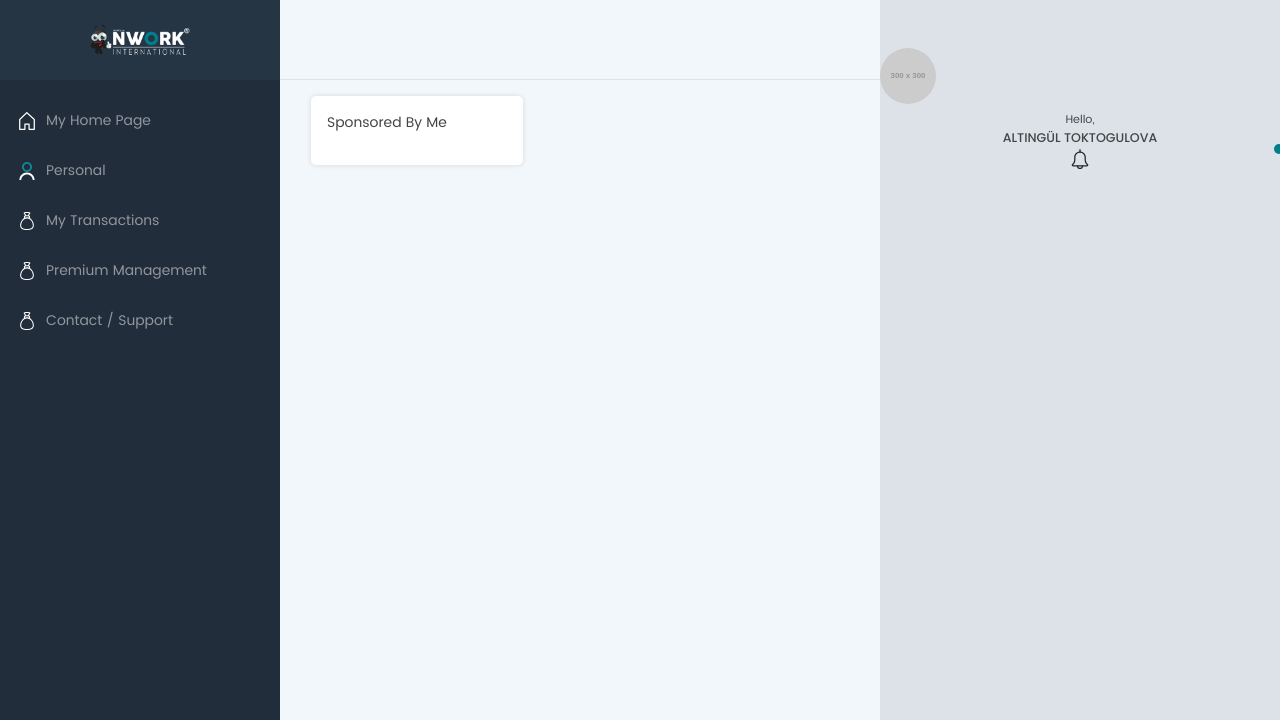
Repository: KayahanKahriman/nwork-admin
Page: index.html
The author's editor kept a copy of each file at every save. The page is drawn from the files as they stood at one save, then again after a run of saves.
The browser window is 1280 px wide. The pictures show the whole page.
Some web fonts or font styles are not loaded; a fallback is used. The style sheet was rebuilt from its Sass, Less or Tailwind sources for each picture, by a compiler version that may differ from the author's.

Above is the page before, as saved 2021-06-09 16:12:55.

### index.html
<!doctype html>
<html>

<head>
    <meta name="viewport" content="width=device-width, initial-scale=1, maximum-scale=1, user-scalable=no">
    <meta charset="utf-8" />
    <title>Başlık</title>
    <link rel="preconnect" href="https://fonts.gstatic.com">
    <link href="https://fonts.googleapis.com/css2?family=Poppins:wght@300;400;600;800&display=swap" rel="stylesheet">
    <link href="assets/css/style.css" type="text/css" rel="stylesheet" />
</head>

<body>
    <header class="d-flex align-items-center">
        <div id="header-left" class="text-center p-3 d-flex align-items-center justify-content-center">
            <a href="#">
                <img width="100" src="./assets/images/logo-white.png" alt="">
            </a>
        </div>
        <div id="header-right" class="p-3 d-flex align-items-center justify-content-end">

        </div>
    </header>
    <aside>
        <div id="accordion-menu">
            <div class="accordion-item mb-4">
                <div class="accordion-title">
                    <svg class="accordion-icon" viewBox="0 0 512 512">
                        <path d="M475.425,200.225L262.092,4.669c-6.951-6.359-17.641-6.204-24.397,0.35L36.213,200.574 c-3.449,3.348-5.399,7.953-5.399,12.758v280.889c0,9.819,7.958,17.778,17.778,17.778h148.148c9.819,0,17.778-7.959,17.778-17.778    v-130.37h82.963v130.37c0,9.819,7.958,17.778,17.778,17.778h148.148c9.819,0,17.778-7.953,17.778-17.778V213.333    C481.185,208.349,479.099,203.597,475.425,200.225z M445.629,476.444H333.037v-130.37c0-9.819-7.959-17.778-17.778-17.778H196.741    c-9.819,0-17.778,7.959-17.778,17.778v130.37H66.37V220.853L250.424,42.216l195.206,178.939V476.444z" style="fill: rgb(255, 255, 255);"></path>
                    </svg>
                    <a href="#">My Home Page</a>
                </div>
            </div>
            <div class="accordion-item mb-4">
                <div class="accordion-title">
                    <svg class="accordion-icon" viewBox="0 0 19.738 19.738">
                        <path fill="#ffffff" d="M18.18,19.738h-2c0-3.374-2.83-6.118-6.311-6.118s-6.31,2.745-6.31,6.118h-2   c0-4.478,3.729-8.118,8.311-8.118C14.451,11.62,18.18,15.26,18.18,19.738z"></path>
                        <path fill="#128794" d="M9.87,10.97c-3.023,0-5.484-2.462-5.484-5.485C4.385,2.461,6.846,0,9.87,0   c3.025,0,5.486,2.46,5.486,5.485S12.895,10.97,9.87,10.97z M9.87,2C7.948,2,6.385,3.563,6.385,5.485S7.948,8.97,9.87,8.97   c1.923,0,3.486-1.563,3.486-3.485S11.791,2,9.87,2z"></path>
                    </svg>
                    Personal
                </div>
                <ul class="accordion-ul list-unstyled mb-0">
                    <li><a href="#">Info Update and Acquittal Form</a></li>
                    <li><a href="#">My Current Movements</a></li>
                    <li><a href="#">My Bank Info</a></li>
                    <li><a href="#">Membership Info</a></li>
                    <li><a href="#">Change Password</a></li>
                </ul>
            </div>
            <div class="accordion-item mb-4">
                <div class="accordion-title">
                    <svg class="accordion-icon" viewBox="0 0 512 512">
                        <path d="M394.919,225.259c-17.828-21.933-38.208-39.407-60.58-51.973c3.664-4.335,6.555-9.418,8.422-15.083    c7.326-22.309-3.375-48.809-30.688-57.442l38.289-66.765c4.831-8.426,0.491-19.158-8.824-21.866C313.854,4.081,285.076,0,256,0    s-57.854,4.081-85.538,12.13c-9.326,2.711-13.649,13.45-8.824,21.866l38.289,66.766c-27.205,8.589-38.041,35.05-30.684,57.453    c1.861,5.65,4.751,10.73,8.426,15.067c-22.375,12.566-42.757,30.042-60.587,51.977C81.441,269.106,61,324.413,61,377    c0,109.091,87.047,135,195,135c108.029,0,195-25.953,195-135C451,324.413,430.559,269.106,394.919,225.259z M197.496,36.218    C216.633,32.087,236.238,30,256,30c19.762,0,39.367,2.087,58.504,6.218L281.471,93.82c-16.919-2.362-34.018-2.361-50.941,0.001    L197.496,36.218z M207.296,129.896c25.815-8.468,52.823-10.073,79.08-4.824c0.031,0.006,0.063,0.012,0.094,0.018    c6.12,1.228,12.199,2.826,18.213,4.799c7.861,2.591,12.157,11.094,9.58,18.941c-1.873,5.683-6.818,9.597-12.635,10.231    C286.672,154.378,271.417,152,256,152c-15.386,0-30.611,2.368-45.538,7.032c-5.907-0.608-10.864-4.55-12.721-10.188    C195.16,140.983,199.456,132.479,207.296,129.896z M256,482.2c-117.196,0-165-30.62-165-105.2    c0-45.142,18.453-94.793,49.36-132.818C172.955,204.083,214.023,182,256,182c46.206,0,86.621,26.482,115.64,62.182    C402.547,282.207,421,331.858,421,377C421,451.58,373.196,482.2,256,482.2z" style="fill: rgb(255, 255, 255);"></path>
                    </svg>
                    My Transactions
                </div>
                <ul class="accordion-ul list-unstyled mb-0">
                    <li><a href="#">My Cart</a></li>
                    <li><a href="#">Orders</a></li>
                    <li><a href="#">Invoices</a></li>
                    <li><a href="#">Credit Card Capture</a></li>
                    <li><a href="#">Payment Notification</a></li>
                </ul>
            </div>
            <div class="accordion-item mb-4">
                <div class="accordion-title">
                    <svg class="accordion-icon" viewBox="0 0 512 512">
                        <path d="M394.919,225.259c-17.828-21.933-38.208-39.407-60.58-51.973c3.664-4.335,6.555-9.418,8.422-15.083    c7.326-22.309-3.375-48.809-30.688-57.442l38.289-66.765c4.831-8.426,0.491-19.158-8.824-21.866C313.854,4.081,285.076,0,256,0    s-57.854,4.081-85.538,12.13c-9.326,2.711-13.649,13.45-8.824,21.866l38.289,66.766c-27.205,8.589-38.041,35.05-30.684,57.453    c1.861,5.65,4.751,10.73,8.426,15.067c-22.375,12.566-42.757,30.042-60.587,51.977C81.441,269.106,61,324.413,61,377    c0,109.091,87.047,135,195,135c108.029,0,195-25.953,195-135C451,324.413,430.559,269.106,394.919,225.259z M197.496,36.218    C216.633,32.087,236.238,30,256,30c19.762,0,39.367,2.087,58.504,6.218L281.471,93.82c-16.919-2.362-34.018-2.361-50.941,0.001    L197.496,36.218z M207.296,129.896c25.815-8.468,52.823-10.073,79.08-4.824c0.031,0.006,0.063,0.012,0.094,0.018    c6.12,1.228,12.199,2.826,18.213,4.799c7.861,2.591,12.157,11.094,9.58,18.941c-1.873,5.683-6.818,9.597-12.635,10.231    C286.672,154.378,271.417,152,256,152c-15.386,0-30.611,2.368-45.538,7.032c-5.907-0.608-10.864-4.55-12.721-10.188    C195.16,140.983,199.456,132.479,207.296,129.896z M256,482.2c-117.196,0-165-30.62-165-105.2    c0-45.142,18.453-94.793,49.36-132.818C172.955,204.083,214.023,182,256,182c46.206,0,86.621,26.482,115.64,62.182    C402.547,282.207,421,331.858,421,377C421,451.58,373.196,482.2,256,482.2z" style="fill: rgb(255, 255, 255);"></path>
                    </svg>
                    Premium Management
                </div>
                <ul class="accordion-ul list-unstyled mb-0">
                    <li><a href="#">My Orders</a></li>
                    <li><a href="#">My Premiums</a></li>
                    <li><a href="#">My Clients</a></li>
                    <li><a href="#">Binary Tree</a></li>
                    <li><a href="#">Reference Tree</a></li>
                    <li><a href="#">Binary Turnover Movements</a></li>
                    <li><a href="#">Premium Reference</a></li>
                </ul>
            </div>
            <div class="accordion-item mb-4">
                <div class="accordion-title">
                    <svg class="accordion-icon" viewBox="0 0 512 512">
                        <path d="M394.919,225.259c-17.828-21.933-38.208-39.407-60.58-51.973c3.664-4.335,6.555-9.418,8.422-15.083    c7.326-22.309-3.375-48.809-30.688-57.442l38.289-66.765c4.831-8.426,0.491-19.158-8.824-21.866C313.854,4.081,285.076,0,256,0    s-57.854,4.081-85.538,12.13c-9.326,2.711-13.649,13.45-8.824,21.866l38.289,66.766c-27.205,8.589-38.041,35.05-30.684,57.453    c1.861,5.65,4.751,10.73,8.426,15.067c-22.375,12.566-42.757,30.042-60.587,51.977C81.441,269.106,61,324.413,61,377    c0,109.091,87.047,135,195,135c108.029,0,195-25.953,195-135C451,324.413,430.559,269.106,394.919,225.259z M197.496,36.218    C216.633,32.087,236.238,30,256,30c19.762,0,39.367,2.087,58.504,6.218L281.471,93.82c-16.919-2.362-34.018-2.361-50.941,0.001    L197.496,36.218z M207.296,129.896c25.815-8.468,52.823-10.073,79.08-4.824c0.031,0.006,0.063,0.012,0.094,0.018    c6.12,1.228,12.199,2.826,18.213,4.799c7.861,2.591,12.157,11.094,9.58,18.941c-1.873,5.683-6.818,9.597-12.635,10.231    C286.672,154.378,271.417,152,256,152c-15.386,0-30.611,2.368-45.538,7.032c-5.907-0.608-10.864-4.55-12.721-10.188    C195.16,140.983,199.456,132.479,207.296,129.896z M256,482.2c-117.196,0-165-30.62-165-105.2    c0-45.142,18.453-94.793,49.36-132.818C172.955,204.083,214.023,182,256,182c46.206,0,86.621,26.482,115.64,62.182    C402.547,282.207,421,331.858,421,377C421,451.58,373.196,482.2,256,482.2z" style="fill: rgb(255, 255, 255);"></path>
                    </svg>
                    Contact / Support
                </div>
                <ul class="accordion-ul list-unstyled mb-0">
                    <li><a href="#">Documents</a></li>
                </ul>
            </div>
        </div>
    </aside>
    <main class="p-3">
        <div class="container-fluid">
            <div class="row">
                <div class="col-3">
                    <div class="white-box shadow-box p-3">
                        <p>Sponsored By Me</p>
                    </div>
                </div>
            </div>
        </div>
    </main>
    <section id="user-aside" class="text-center py-5">
        <div id="user-image">
            <img class="img-cover" src="//via.placeholder.com/300x300" alt="">
        </div>

        <div id="user" class="mt-2">
            <span>Hello,</span>
            <p class="mb-0">altıngül toktogulova</p>
        </div>

        <div id="icons">
            <div id="notification" class="has-notification">
                <a href="#">
                    <svg fill="#242424" width="20" height="20" viewBox="-43 0 512 512">
                        <path d="m213.332031 512c-44.117187 0-80-35.882812-80-80 0-8.832031 7.167969-16 16-16s16 7.167969 16 16c0 26.476562 21.527344 48 48 48 26.476563 0 48-21.523438 48-48 0-8.832031 7.167969-16 16-16s16 7.167969 16 16c0 44.117188-35.882812 80-80 80zm0 0"></path>
                        <path d="m389.332031 448h-352c-20.585937 0-37.332031-16.746094-37.332031-37.332031 0-10.925781 4.757812-21.269531 13.054688-28.375 32.449218-27.414063 50.945312-67.261719 50.945312-109.480469v-59.480469c0-82.34375 66.988281-149.332031 149.332031-149.332031 82.347657 0 149.335938 66.988281 149.335938 149.332031v59.480469c0 42.21875 18.496093 82.066406 50.730469 109.332031 8.511718 7.253907 13.269531 17.597657 13.269531 28.523438 0 20.585937-16.746094 37.332031-37.335938 37.332031zm-176-352c-64.703125 0-117.332031 52.628906-117.332031 117.332031v59.480469c0 51.644531-22.632812 100.414062-62.078125 133.757812-.75.640626-1.921875 1.964844-1.921875 4.097657 0 2.898437 2.433594 5.332031 5.332031 5.332031h352c2.902344 0 5.335938-2.433594 5.335938-5.332031 0-2.132813-1.175781-3.457031-1.878907-4.054688-39.488281-33.386719-62.121093-82.15625-62.121093-133.800781v-59.480469c0-64.703125-52.628907-117.332031-117.335938-117.332031zm0 0"></path>
                        <path d="m213.332031 96c-8.832031 0-16-7.167969-16-16v-64c0-8.832031 7.167969-16 16-16s16 7.167969 16 16v64c0 8.832031-7.167969 16-16 16zm0 0"></path>
                    </svg>
                    <i></i>
                </a>
            </div>
        </div>
    </section>
    <script type="text/javascript" src="assets/js/index.js"></script>
    <script type="text/javascript" src="assets/js/accordion.js"></script>
</body>

</html>

### assets/scss/style.scss
@import "main";

main {
  margin-left: var(--aside-width);
}

.white-box {
  background: white;
  border-radius: 5px;
  position: relative;
}

.shadow-box {
  box-shadow: 0 0 5px #00000020;
}

.box-title {
  font-weight: normal;
}

/*------------------------------------*\
    RESPONSIVE
\*------------------------------------*/

@media only screen and (min-width: 320px) {
}

@media only screen and (min-width: 480px) {
}

@media only screen and (min-width: 768px) {
}

@media only screen and (min-width: 1024px) {
}

@media only screen and (min-width: 1140px) {
}

@media only screen and (min-width: 1280px) {
}

@media only screen and (-webkit-min-device-pixel-ratio: 1.5),
  only screen and (min-resolution: 144dpi) {
}

### assets/scss/flex-grid/_flexgrid.scss
@import "functions";
@import "variables";
@import "mixins";
@import "reboot";
@import "utilities";
@import "grid";

### assets/scss/flex-grid/_mixins.scss
// Toggles
//
// Used in conjunction with global variables to enable certain theme features.

// Vendor
@import "vendor/rfs";


// Utilities
@import "mixins/breakpoints";
@import "mixins/image";
@import "mixins/hover";
@import "mixins/deprecate";
@import "mixins/text-hide";
@import "mixins/text-truncate";
@import "mixins/text-emphasis";
@import "mixins/size";


// // Layout
@import "mixins/clearfix";
@import "mixins/grid-framework";
@import "mixins/grid";
@import "mixins/float";

### assets/scss/flex-grid/mixins/_image.scss
// Image Mixins
// - Responsive image
// - Retina image


// Responsive image
//
// Keep images from scaling beyond the width of their parents.

@mixin img-fluid {
  // Part 1: Set a maximum relative to the parent
  max-width: 100%;
  // Part 2: Override the height to auto, otherwise images will be stretched
  // when setting a width and height attribute on the img element.
  height: auto;
}


// Retina image
//
// Short retina mixin for setting background-image and -size.

@mixin img-retina($file-1x, $file-2x, $width-1x, $height-1x) {
  background-image: url($file-1x);

  // Autoprefixer takes care of adding -webkit-min-device-pixel-ratio and -o-min-device-pixel-ratio,
  // but doesn't convert dppx=>dpi.
  // There's no such thing as unprefixed min-device-pixel-ratio since it's nonstandard.
  // Compatibility info: https://caniuse.com/#feat=css-media-resolution
  @media only screen and (min-resolution: 192dpi), // IE9-11 don't support dppx
    only screen and (min-resolution: 2dppx) { // Standardized
    background-image: url($file-2x);
    background-size: $width-1x $height-1x;
  }
  @include deprecate("`img-retina()`", "v4.3.0", "v5");
}

### assets/scss/flex-grid/mixins/_hover.scss
// Hover mixin and `$enable-hover-media-query` are deprecated.
//
// Originally added during our alphas and maintained during betas, this mixin was
// designed to prevent `:hover` stickiness on iOS-an issue where hover styles
// would persist after initial touch.
//
// For backward compatibility, we've kept these mixins and updated them to
// always return their regular pseudo-classes instead of a shimmed media query.
//
// Issue: https://github.com/twbs/bootstrap/issues/25195

@mixin hover {
  &:hover { @content; }
}

@mixin hover-focus {
  &:hover,
  &:focus {
    @content;
  }
}

@mixin plain-hover-focus {
  &,
  &:hover,
  &:focus {
    @content;
  }
}

@mixin hover-focus-active {
  &:hover,
  &:focus,
  &:active {
    @content;
  }
}

### assets/scss/flex-grid/mixins/_grid-framework.scss
// Framework grid generation
//
// Used only by Bootstrap to generate the correct number of grid classes given
// any value of `$grid-columns`.

@mixin make-grid-columns($columns: $grid-columns, $gutter: $grid-gutter-width, $breakpoints: $grid-breakpoints) {
  // Common properties for all breakpoints
  %grid-column {
    position: relative;
    width: 100%;
    padding-right: $gutter / 2;
    padding-left: $gutter / 2;
  }

  @each $breakpoint in map-keys($breakpoints) {
    $infix: breakpoint-infix($breakpoint, $breakpoints);

    // Allow columns to stretch full width below their breakpoints
    @for $i from 1 through $columns {
      .col#{$infix}-#{$i} {
        @extend %grid-column;
      }
    }
    .col#{$infix},
    .col#{$infix}-auto {
      @extend %grid-column;
    }

    @include media-breakpoint-up($breakpoint, $breakpoints) {
      // Provide basic `.col-{bp}` classes for equal-width flexbox columns
      .col#{$infix} {
        flex-basis: 0;
        flex-grow: 1;
        max-width: 100%;
      }
      .col#{$infix}-auto {
        flex: 0 0 auto;
        width: auto;
        max-width: 100%; // Reset earlier grid tiers
      }

      @for $i from 1 through $columns {
        .col#{$infix}-#{$i} {
          @include make-col($i, $columns);
        }
      }

      .order#{$infix}-first { order: -1; }

      .order#{$infix}-last { order: $columns + 1; }

      @for $i from 0 through $columns {
        .order#{$infix}-#{$i} { order: $i; }
      }

      // `$columns - 1` because offsetting by the width of an entire row isn't possible
      @for $i from 0 through ($columns - 1) {
        @if not ($infix == "" and $i == 0) { // Avoid emitting useless .offset-0
          .offset#{$infix}-#{$i} {
            @include make-col-offset($i, $columns);
          }
        }
      }
    }
  }
}

### assets/scss/flex-grid/mixins/_grid.scss
/// Grid system
//
// Generate semantic grid columns with these mixins.

@mixin make-container($gutter: $grid-gutter-width) {
  width: 100%;
  padding-right: $gutter / 2;
  padding-left: $gutter / 2;
  margin-right: auto;
  margin-left: auto;
}


// For each breakpoint, define the maximum width of the container in a media query
@mixin make-container-max-widths($max-widths: $container-max-widths, $breakpoints: $grid-breakpoints) {
  @each $breakpoint, $container-max-width in $max-widths {
    @include media-breakpoint-up($breakpoint, $breakpoints) {
      max-width: $container-max-width;
    }
  }
}

@mixin make-row($gutter: $grid-gutter-width) {
  display: flex;
  flex-wrap: wrap;
  margin-right: -$gutter / 2;
  margin-left: -$gutter / 2;
}

@mixin make-col-ready($gutter: $grid-gutter-width) {
  position: relative;
  // Prevent columns from becoming too narrow when at smaller grid tiers by
  // always setting `width: 100%;`. This works because we use `flex` values
  // later on to override this initial width.
  width: 100%;
  padding-right: $gutter / 2;
  padding-left: $gutter / 2;
}

@mixin make-col($size, $columns: $grid-columns) {
  flex: 0 0 percentage($size / $columns);
  // Add a `max-width` to ensure content within each column does not blow out
  // the width of the column. Applies to IE10+ and Firefox. Chrome and Safari
  // do not appear to require this.
  max-width: percentage($size / $columns);
}

@mixin make-col-offset($size, $columns: $grid-columns) {
  $num: $size / $columns;
  margin-left: if($num == 0, 0, percentage($num));
}

### assets/scss/flex-grid/_utilities.scss
@import "utilities/align";
@import "utilities/clearfix";
@import "utilities/display";
@import "utilities/flex";
@import "utilities/float";
@import "utilities/position";
@import "utilities/text";
@import "utilities/spacing";
@import "utilities/sizing";

### assets/scss/flex-grid/_grid.scss
// Container widths
//
// Set the container width, and override it for fixed navbars in media queries.

@if $enable-grid-classes {
  .container {
    @include make-container();
    @include make-container-max-widths();
  }
}

// Fluid container
//
// Utilizes the mixin meant for fixed width containers, but with 100% width for
// fluid, full width layouts.

@if $enable-grid-classes {
  .container-fluid {
    @include make-container();
  }
}

// Row
//
// Rows contain and clear the floats of your columns.

@if $enable-grid-classes {
  .row {
    @include make-row();
  }

  // Remove the negative margin from default .row, then the horizontal padding
  // from all immediate children columns (to prevent runaway style inheritance).
  .no-gutters {
    margin-right: 0;
    margin-left: 0;

    > .col,
    > [class*="col-"] {
      padding-right: 0;
      padding-left: 0;
    }
  }
}

// Columns
//
// Common styles for small and large grid columns

@if $enable-grid-classes {
  @include make-grid-columns();
}

### assets/scss/_vars.scss
$primary-color: #079ca5;
$text-color: #0d0a46;
$link-color: #0d0a46;
$bg: #f7f8fc;
$poppins-light: "Poppins-Light";
$poppins-regular: "Poppins-Regular";
$poppins-medium: "Poppins-Medium";
$poppins-bold: "Poppins-Bold";
$default-font: $poppins-regular;

### assets/scss/_colors.scss
:root {
  --primary-color: #017e8c;
  --dark-blue: #222d3b;
  --border-color: #00000015;
  --light-gray: #f9f9f9;
  --light-blue: #b4c0cd;
  --logo-bg: #263544;
  --bg-color: #f2f7fb;
  --darker-bg-color: #dce2e7;
  --text-color: #444444;
}

### assets/scss/_img.scss
@mixin img($size, $alignment) {
  width: 100%;
  height: 100%;
  object-fit: $size;
  object-position: $alignment;
}

.img-cover {
  @include img(cover, center center);
}

.img-contain {
  @include img(contain, center center);
}

### assets/scss/_sizes.scss
:root {
  --header-height: 80px;
  --aside-width: 280px;
  --user-aside-width: 400px;
  --main-width: calc((100% - var(--aside-width)) - var(--user-aside-width));
}

### assets/scss/_header.scss
header {
  height: var(--header-height);
  #header-left {
    width: var(--aside-width);
    background: var(--logo-bg);
    height: 100%;
  }
  #header-right {
    width: var(--main-width);
    border-bottom: 1px solid var(--border-color);
    height: 100%;
  }
}

### assets/scss/_aside.scss
aside {
  width: var(--aside-width);
  height: 100vh;
  background: var(--dark-blue);
  position: fixed;
}

### assets/scss/_user-aside.scss
#user-aside {
  width: var(--user-aside-width);
  position: fixed;
  top: 0;
  right: 0;
  background: var(--darker-bg-color);
  height: 100vw;
}

#user-image {
  border-radius: 50%;
  width: 4em;
  height: 4em;
  overflow: hidden;
}

#user {
  span {
    font-style: normal;
    display: block;
    font-size: 0.8em;
  }
  p {
    font-size: 0.9em;
    font-family: $poppins-medium;
    text-transform: uppercase;
  }
}
.has-notification {
  position: relative;
  i {
    background: var(--primary-color);
    width: 10px;
    height: 10px;
    border-radius: 50%;
    position: absolute;
    top: -4px;
    right: -4px;
  }
}

### assets/scss/_accordion-menu.scss
#accordion-menu {
  padding: 30px 0;
}

.accordion-item {
  padding: 0 15px;
  border-left: 3px solid transparent;
  transition: all 0.3s ease-in-out;
  max-height: 30px;
  overflow: hidden;
}

.accordion-active-item {
  border-color: var(--primary-color);
  transition: all 0.3s ease-in-out;
  max-height: 1000px;
}

.accordion-icon {
  width: 18px;
  height: 18px;
}

.accordion-title {
  display: flex;
  align-items: center;
  column-gap: 10px;
  margin-bottom: 5px;
  cursor: pointer;
  color: #ffffff80;
  transition: all 0.2s ease-in-out;

  &:hover {
    color: #ffffff;
    a {
      color: #ffffff;
    }
  }

  a {
    color: #ffffff80;
    transition: all 0.2s ease-in-out;
  }

  &.accordion-active {
    color: white;
  }
}

.accordion-ul {
  overflow: hidden;
  padding-left: 25px;
  transition: all 0.3s ease-in-out;
  max-height: 0;
  transform: scaleY(0);
  transform-origin: top left;
  li {
    a {
      background-image: url("data:[embedded picture, 478 characters]");
      background-repeat: no-repeat;
      background-size: 10px 10px;
      background-position: 0 11px;
      display: block;
      padding: 8px 0 8px 15px;
      font-size: 0.9em;
      color: #ffffff80;
      transition: all 0.2s ease-in-out;

      &:hover {
        color: white;
      }
    }
  }
}

.accordion-toggle {
  max-height: 100%;
  transition: all 0.3s ease-in-out;
  transform: scaleY(1);
}

Loaded but not shown: assets/scss/flex-grid/vendor/_rfs.scss (common file); assets/scss/flex-grid/mixins/_deprecate.scss (common file); assets/scss/flex-grid/mixins/_text-hide.scss (common file); assets/scss/flex-grid/mixins/_text-truncate.scss (common file); assets/scss/flex-grid/mixins/_text-emphasis.scss (common file); assets/scss/flex-grid/mixins/_size.scss (common file); assets/scss/flex-grid/mixins/_clearfix.scss (common file); assets/scss/flex-grid/mixins/_float.scss (common file); assets/scss/flex-grid/utilities/_align.scss (common file); assets/scss/flex-grid/utilities/_clearfix.scss (common file); assets/scss/flex-grid/utilities/_display.scss (common file); assets/scss/flex-grid/utilities/_float.scss (common file); assets/scss/flex-grid/utilities/_position.scss (common file); assets/scss/flex-grid/utilities/_sizing.scss (common file); assets/js/accordion.js (20 lines, source omitted); assets/scss/flex-grid/_variables.scss (1123 lines, source omitted); assets/scss/flex-grid/_reboot.scss (483 lines, source omitted); assets/scss/flex-grid/mixins/_breakpoints.scss (123 lines, source omitted); assets/scss/flex-grid/utilities/_flex.scss (51 lines, source omitted); assets/scss/flex-grid/_functions.scss (86 lines, source omitted); assets/scss/flex-grid/utilities/_spacing.scss (73 lines, source omitted); assets/scss/flex-grid/utilities/_text.scss (72 lines, source omitted); assets/scss/_main.scss (112 lines, source omitted); assets/js/index.js (no copy from this time; the picture is the same without it)

After the next 2 saves:
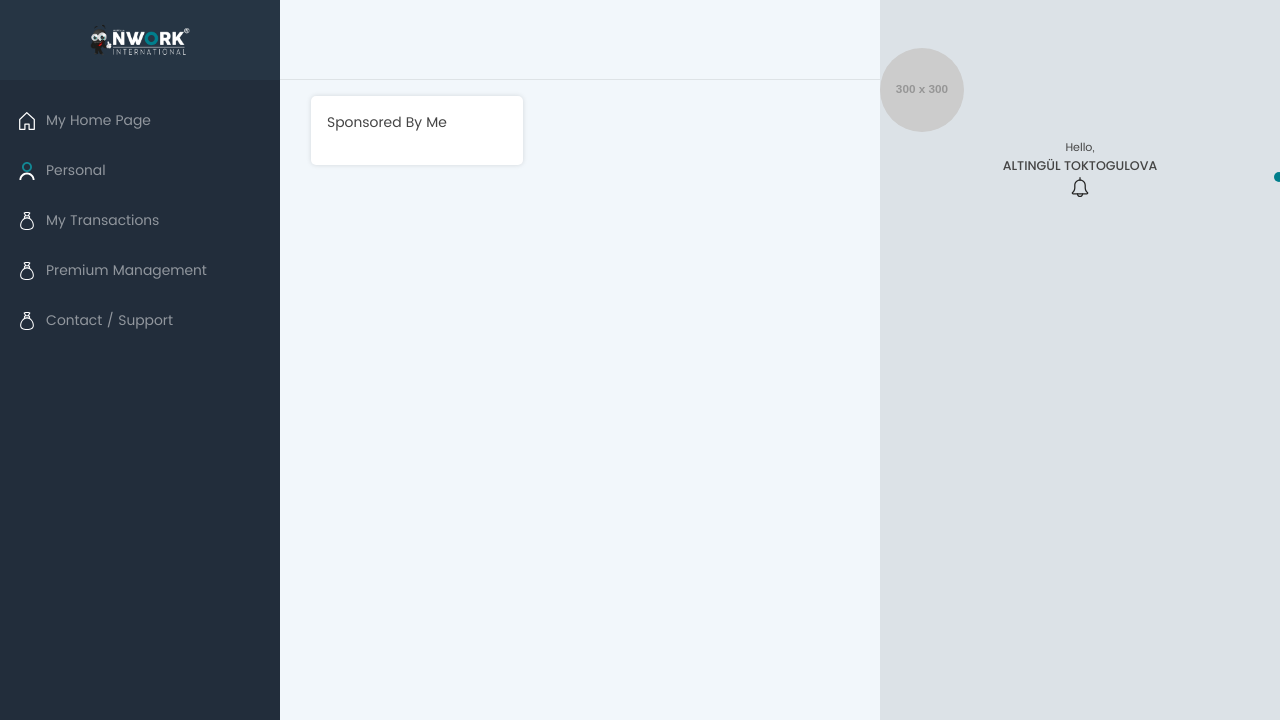
The 2 saves are shown as one change because they came seconds apart.
The last was saved 18 s later.
--- a/assets/scss/_user-aside.scss
+++ b/assets/scss/_user-aside.scss
@@ -9,8 +9,8 @@
 
 #user-image {
   border-radius: 50%;
-  width: 4em;
-  height: 4em;
+  width: 6em;
+  height: 6em;
   overflow: hidden;
 }
 
